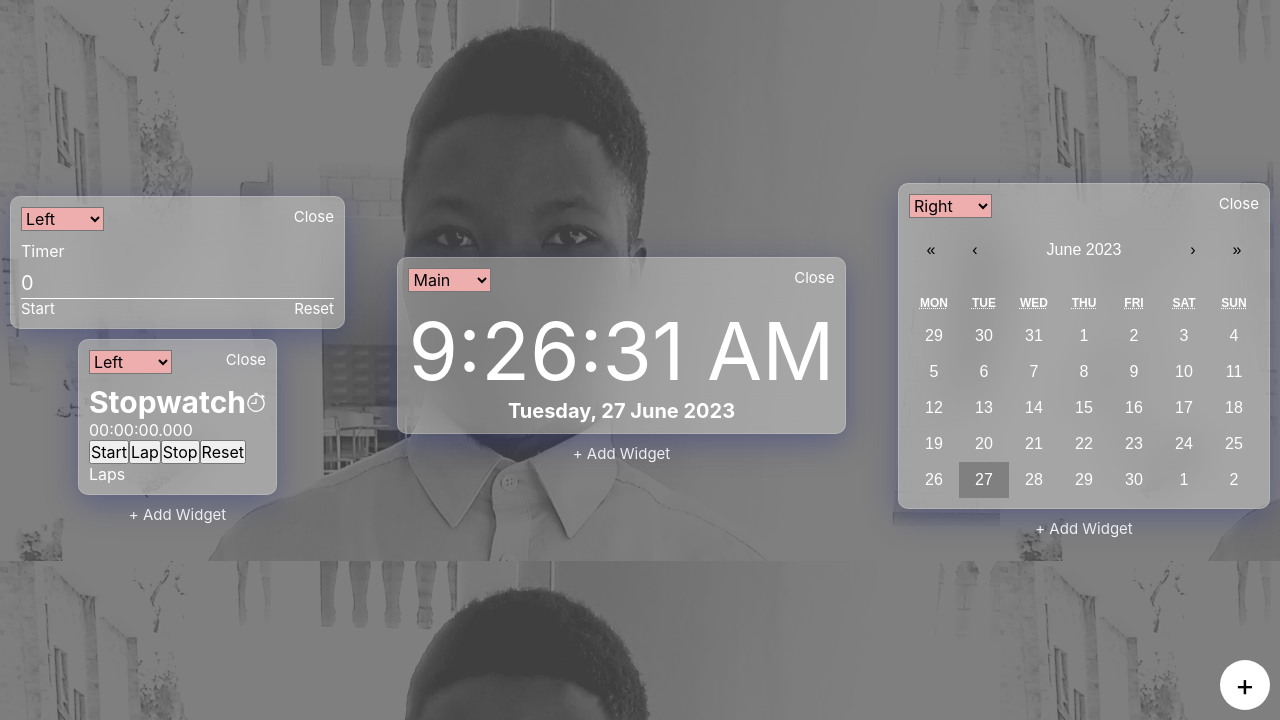
Repository: Angera-Silas/Planner-app
Page: /
These files come from the project's save history. The page is drawn as it stood at one moment and after a run of saves; the edit follows.
The browser window is 1280 px wide. The pictures show the whole page.
The project was rebuilt for these pictures with package versions that can differ from the ones it lists, and the page was loaded fresh each time. Also part of the build but not shown: src/widgets/ReminderListWidget.js, src/modals/WidgetGalleryModal.js.

Above is the page before, as saved 2023-06-27 17:33:33.

### src/index.css
body {
  margin: 0;
  font-family: -apple-system, BlinkMacSystemFont, 'Segoe UI', 'Roboto', 'Oxygen',
    'Ubuntu', 'Cantarell', 'Fira Sans', 'Droid Sans', 'Helvetica Neue',
    sans-serif;
  -webkit-font-smoothing: antialiased;
  -moz-osx-font-smoothing: grayscale;
}

code {
  font-family: source-code-pro, Menlo, Monaco, Consolas, 'Courier New',
    monospace;
}
*,
*::before,
*::after {
 box-sizing: border-box;
}

img,
svg,
video,
canvas,
audio,
iframe,
embed,
object {
 display: block;
 max-width: 100%;
}

input,
button,
textarea,
select {
 font: inherit;
 color: black;
}

* {
 margin: 0;
 padding: 0;
 box-sizing: border-box;
 font: inherit;
 color: white;
}

/* width */
::-webkit-scrollbar {
 width: 10px;
}

/* Track */
::-webkit-scrollbar-track {
 background: #363636;
}

/* Handle */
::-webkit-scrollbar-thumb {
 background: #777;
}

/* Handle on hover */
::-webkit-scrollbar-thumb:hover {
 background: #1e1e1e;
}

### src/App.js
import React, { useState } from 'react';
import './App.css';
import ClockWidget from './widgets/ClockWidget';
import WidgetGalleryModal from './modals/WidgetGalleryModal';
import Draggable from 'react-draggable';
import TimerWidget from './widgets/TimerWidget';
import CalendarWidget from './widgets/CalendarWidget';
import MyCustomWidget from './widgets/MyCustomWidget';

function App() {
 const [widgets, setWidgets] = useState([
  { id: new Date().getTime(), component: <ClockWidget />, area: 'main-widget', name: "Date and Time" },
  { id: new Date().getTime() + 2, component: <CalendarWidget />, area: 'right-widget', name: "Calendar" },
  { id: new Date().getTime() + 1, component: <TimerWidget />, area: 'left-widget', name:"Timer" },
  { id: new Date().getTime(), component: <MyCustomWidget/>,area:'left-widget',name:"Stopwatch"},
 ])
 const [showWidgetModal, setShowWidgetModal] = useState(false)
 const [selectedWidgetArea, setSelectedWidgetArea] = useState('')

 const removeWidget = (index) => {
  try {
   setWidgets(widgets.filter(widget => widget.id !== index))
  } catch (error) {
   console.log(error)
  }
 }

 return (
  <>
   {showWidgetModal && <WidgetGalleryModal setShowWidgetModal={setShowWidgetModal} selectedWidgetArea={selectedWidgetArea} widgets={widgets} setWidgets={setWidgets} />}
   <div className="add-button"
    onClick={() => {
     console.log('add button clicked')
     setShowWidgetModal(true)
     setSelectedWidgetArea('none-widget')
    }}
   >
    <p
     className='add-widget-button'
     style={{ background: "none", border: "none", color: "black", fontSize: "30px", cursor: "pointer", backgroundColor: "white", borderRadius: "50%", width: "50px", display: "flex", justifyContent: "center", alignItems: "center", height: "50px", position: "fixed", bottom: "10px", right: "10px" }}
    >+</p>
   </div>
   <div className='none-widget' >
    {widgets.length > 0 && widgets.map((widget, index) => {
     if (widget.area === 'none-widget') {
      return (
       <Draggable>
            <div style={{ padding: 10,}} className='widget-container' >
             <div style={{ marginBottom: 10 }}>
              <select value={widget.area}
               onChange={(e) => {
                let widgetList = [...widgets]
                widgetList[index].area = e.target.value
                setWidgets(widgetList)
               }}
              >
               <option value="none-widget">Floating</option>
               <option value="left-widget">Left</option>
               <option value="main-widget">Main</option>
               <option value="right-widget">Right</option>
              </select>
              <button
               onClick={() => {
                removeWidget(widget.id)
               }}
               style={{ background: "none", border: "none", color: "white", fontSize: "15px", cursor: "pointer", float: "right" }}
              >Close</button>
             </div>
             {widget.component}
            </div>
       </Draggable>
      )
     }
    })}
   </div>
   <div className="App">
    <div className="container">
     <div className='left-widget'>
      {widgets.length > 0 && widgets.map((widget, index) => {
       if (widget.area === 'left-widget') {
        return (
         <div style={{ padding: 10,}} className='widget-container'>
          <div style={{ marginBottom: 10 }}>
           <select value={widget.area}
            onChange={(e) => {
             let widgetList = [...widgets]
             widgetList[index].area = e.target.value
             setWidgets(widgetList)
            }}
           >
            <option value="none-widget">Floating</option>
            <option value="left-widget">Left</option>
            <option value="main-widget">Main</option>
            <option value="right-widget">Right</option>
           </select>
           <button
            onClick={() => {
             removeWidget(widget.id)
            }}
            style={{ background: "none", border: "none", color: "white", fontSize: "15px", cursor: "pointer", float: "right" }}
           >Close</button>
          </div>
          {widget.component}
         </div>
        )
       }
      })}
      {widgets.filter(widget => widget.area === 'left-widget').length < 3 && widgets.filter(widget => widget.area === 'left-widget').length > 0 &&
       <button
        className='add-widget-button'
        onClick={() => {
         setShowWidgetModal(true)
         setSelectedWidgetArea('left-widget')
        }}>+ Add Widget</button>
      }
     </div>
     <div className='main-widget'>
      {widgets.length > 0 && widgets.map((widget, index) => {
       if (widget.area === 'main-widget') {
        return (
         <div style={{ padding: 10,}} className='widget-container' >
          <div style={{ marginBottom: 10 }}>
           <select value={widget.area}
            onChange={(e) => {
             let widgetList = [...widgets]
             widgetList[index].area = e.target.value
             setWidgets(widgetList)
            }}
           >
            <option value="none-widget">Floating</option>
            <option value="left-widget">Left</option>
            <option value="main-widget">Main</option>
            <option value="right-widget">Right</option>
           </select>
           <button
            onClick={() => {
             removeWidget(widget.id)
            }}
            style={{ background: "none", border: "none", color: "white", fontSize: "15px", cursor: "pointer", float: "right" }}
           >Close</button>
          </div>
          {widget.component}
         </div>
        )
       }
      })}
      {widgets.filter(widget => widget.area === 'main-widget').length < 2 &&
       <button
        className='add-widget-button'
        onClick={() => {
         setShowWidgetModal(true)
         setSelectedWidgetArea('main-widget')
        }}>+ Add Widget</button>
      }
     </div>
     <div className='right-widget'>
      {widgets.length > 0 && widgets.map((widget, index) => {
       if (widget.area === 'right-widget') {
        return (
         <div style={{ padding: 10,}} className='widget-container'>
          <div style={{ marginBottom: 10 }}>
           <select value={widget.area}
            onChange={(e) => {
             let widgetList = [...widgets]
             widgetList[index].area = e.target.value
             setWidgets(widgetList)
            }}
           >
            <option value="none-widget">Floating</option>
            <option value="left-widget">Left</option>
            <option value="main-widget">Main</option>
            <option value="right-widget">Right</option>
           </select>
           <button
            onClick={() => {
             removeWidget(widget.id)
            }}
            style={{ background: "none", border: "none", color: "white", fontSize: "15px", cursor: "pointer", float: "right" }}
           >Close</button>
          </div>
          {widget.component}
         </div>
        )
       }
      })}
      {widgets.filter(widget => widget.area === 'right-widget').length < 3 && widgets.filter(widget => widget.area === 'right-widget').length > 0 &&
       <button
        className='add-widget-button'
        onClick={() => {
         setShowWidgetModal(true)
         setSelectedWidgetArea('right-widget')
        }}>+ Add Widget</button>
      }
     </div>
    </div>
   </div>
  </>
 )
}

export default App;

### src/App.css
.App {
  background: url("background.jpg");
  height: 100vh;
  display: flex;
  justify-content: flex-start;
  align-items: center;

}

.container {
  display: flex;
  flex-direction: row;
  align-items: flex-start;
  justify-content: space-between;
  gap: 10px;
  width: 100vw;
  padding: 10px;
  max-height: 100vh;
  height: 100%;

}

.item {
  background-color: rgba(255, 255, 255, 0.8);
  border: 1px solid rgba(0, 0, 0);
  padding: 20px;
  font-size: 30px;
  text-align: center;
}

.time {
  font-size: 80px;
  color: white;
  text-align: center;
}

.date {
  font-size: 20px;
  color: white;
  text-align: center;
  font-weight: bold;
}

.add-widget-button {
  background-color: transparent;
  color: white;
  border: none;
  font-size: 15px;
  text-align: center;
  cursor: pointer;
}

.add-widget-button:hover {
  color: #1e1e1e;
}

.right-widget,
.left-widget,
.main-widget {
  display: flex;
  justify-content: center;
  align-items: center;
  flex-direction: column;
  gap: 10px;
  height: 100%;
  max-width: 500px;
}

.none-widget {
  position: fixed;
  /* height: 100vh;
  width: 100vw; */
  top: 0px;
  left: 0px;
}

select {
 background-color: #efaeae;
}

/* Modal */
.modal {
  position: fixed;
  z-index: 1;
  padding-top: 100px;
  left: 0;
  top: 0;
  width: 100vw;
  height: 100vh;
  overflow: auto;
  background-color: rgb(0, 0, 0, 0.4);
}

.modal-content {
  background-color: #183A37;
  margin: auto;
  padding: 20px;
  width: 50%;
  max-height: 50vh;
  overflow: scroll;
}

.modal-header {
  display: flex;
  justify-content: space-between;
  align-items: flex-start;
}

.modal-header h2 {
  color: white;
  font-weight: bold;
  font-size: 25px;
}

.row {
  display: flex;
  justify-content: space-between;
  align-items: center;
  gap: 10px;
}

.widget-gallery-item {
  color: black;
  border: 1px solid white;
  padding: 10px;
  margin-bottom: 10px;
}

.text-input {
  outline: none;
  border: none;
  border-bottom: 1px solid white;
  width: 100%;
  background-color: transparent;
  color: white;
  font-size: 20px;
  margin-top: 10px;
  padding-bottom: 3px;
}

.widget-container {
  background: rgba(255, 255, 255, 0.3);
  box-shadow: 0 8px 32px 0 rgba(31, 38, 135, 0.37);
  backdrop-filter: blur(20px);
  -webkit-backdrop-filter: blur(20px);
  border-radius: 10px;
  border: 1px solid rgba(255, 255, 255, 0.18);

}

.widget-gallery-item-name{
  font-size: 20px;
  font-weight: bold;
  margin-bottom: 10px;
}

### src/widgets/ClockWidget.js
import React, { useEffect, useState } from 'react'

export default function ClockWidget() {
  const [time, setTime] = useState(new Date().toLocaleTimeString())
  const [date, setDate] = useState(new Date())
  useEffect(() => {
    const interval = setInterval(() => {
      setTime(new Date().toLocaleTimeString())
      setDate(new Date())
    }, 1000)
    return () => clearInterval(interval)
  }, [])

  const tidyDate = (date) => {
    const dateArray = date
    const day = dateArray.getDay()
    const dateNumber = dateArray.getDate()
    const month = dateArray.getMonth() + 1
    const year = dateArray.getFullYear()

    const days = ['Sunday', 'Monday', 'Tuesday', 'Wednesday', 'Thursday', 'Friday', 'Saturday']
    const months = ['January', 'February', 'March', 'April', 'May', 'June', 'July', 'August', 'September', 'October', 'November', 'December']

    return `${days[day]}, ${dateNumber} ${months[month - 1]} ${year}`

  }

  return (
    <div>
      <p className='time'>{time}</p>
      <p className='date'>{tidyDate(date)}</p>
    </div>
  )
}

### src/widgets/TimerWidget.js
import React, { useEffect, useState } from 'react'

export default function TimerWidget() {
  const [timerListData, setTimerListData] = useState({
    time: 0,
    isRunning: false,
  })

  const tidyTime = (time) => {
    let hours = Math.floor(time / 3600)
    let minutes = Math.floor((time - (hours * 3600)) / 60)
    let seconds = time - (hours * 3600) - (minutes * 60)

    if (hours < 10) { hours = "0" + hours }
    if (minutes < 10) { minutes = "0" + minutes }
    if (seconds < 10) { seconds = "0" + seconds }

    return hours + ':' + minutes + ':' + seconds
  }

  useEffect(() => {
    // timer logic
    let interval = null
    if (timerListData.isRunning && timerListData.time > 0) {
      interval = setInterval(() => {
        setTimerListData({
          ...timerListData,
          time: parseInt(timerListData.time) - 1,
        })
      }, 1000)
    } else if (!timerListData.isRunning && timerListData.time !== 0) {
      setTimerListData({
        ...timerListData,
        isRunning: false,
      })
      clearInterval(interval)
    } else if (timerListData.isRunning && timerListData.time === 0) {
      setTimerListData({
        ...timerListData,
        isRunning: false,
      })
      clearInterval(interval)
      alert('Timer is up!')
    }

      return () => clearInterval(interval)
  }, [timerListData.isRunning, timerListData.time])

  return (
    <div style={{ minWidth: 300 }}>
      <div style={{ display: "flex", justifyContent: "space-between", alignItems: "row" }}>
        <p>Timer</p>
      </div>
      <div className='timer-container'>
        <div className='timer-display'>
          {timerListData.isRunning ?
            <p style={{ textAlign: "center", fontWeight: "bold", fontSize: 20 }}>{tidyTime(timerListData.time)}</p>
            :
            <input type="text" className='text-input' value={timerListData.time} onChange={(e) => {
              setTimerListData({
                ...timerListData,
                time: e.target.value,
              })
            }} />
          }
        </div>
        <div className='timer-controls' style={{ display: "flex", justifyContent: "space-between", alignItems: "center", }}>
          <button
            style={{
              background: "none",
              border: "none",
              color: "white",
              fontSize: "15px",
              cursor: "pointer",
            }}
            onClick={() => {
              setTimerListData({
                ...timerListData,
                isRunning: !timerListData.isRunning,
              })
            }}
          >{timerListData.isRunning ? 'Stop' : 'Start'}</button>
          <button
            style={{
              background: "none",
              border: "none",
              color: "white",
              fontSize: "15px",
              cursor: "pointer",
            }}
            onClick={() => {
              setTimerListData({
                ...timerListData,
                time: 0,
              })
            }}
          >Reset</button>
        </div>
      </div>
    </div>
  )
}

### src/widgets/MyCustomWidget.js
import React, { useEffect, useState } from 'react';
import { BsStopwatch } from 'react-icons/bs'

export default function MyCustomWidget() {
   const [stopwatchData, setStopwatchData] = useState([
  { id: 0, name: "Timer 1", time: 0, isRunning: false, lap: [], time_started: 0, pause: [] },
 ])
 const [selectedRow, setSelectedRow] = useState(0)

 useEffect(() => {
  const interval = setInterval(() => {
   setStopwatchData(stopwatchData.map((stopwatch) => {
    if (stopwatch.isRunning) {
     return { ...stopwatch, time: new Date() - stopwatch.time_started - stopwatch.pause.reduce((a, b) => a + b, 0) }
    }
    return stopwatch
   }))
  }, 10)
  return () => clearInterval(interval)
 }, [stopwatchData])
 const handleStart = (id) => {
  setStopwatchData(stopwatchData.map((stopwatch) => {
   if (stopwatch.id === id) {
    return { ...stopwatch, isRunning: true, time_started: new Date() - stopwatch.time - stopwatch.pause.reduce((a, b) => a + b, 0) }
   }
   return stopwatch
  }))
 }

 const handleStop = (id) => {
  setStopwatchData(stopwatchData.map((stopwatch) => {
   if (stopwatch.id === id) {
    return { ...stopwatch, isRunning: false, pause: [...stopwatch.pause, new Date() - stopwatch.time_started - stopwatch.pause.reduce((a, b) => a + b, 0)] }
   }
   return stopwatch
  }))
 }

 const handleReset = (id) => {
  setStopwatchData(stopwatchData.map((stopwatch) => {
   if (stopwatch.id === id) {
    return { ...stopwatch, time: 0, isRunning: false, lap: [] }
   }
   return stopwatch
  }))
 }

 const handleLap = (id) => {
  setStopwatchData(stopwatchData.map((stopwatch) => {
   if (stopwatch.id === id) {
    return { ...stopwatch, lap: [...stopwatch.lap, stopwatch.time] }
   }
   return stopwatch
  }))
 }
  return (
    <div>
       <div style={{ display: "flex", alignItems: "center", flexDirection: "row", justifyContent: "space-between", width: "100%" }}>
      <div style={{ textAlign: "left" }}>
       <h1 style={{ fontWeight: "bold", fontSize: 30 }}>Stopwatch</h1>
      </div>
      <div style={{ cursor: "pointer", alignItems: "center", display: "flex", flexDirection: "row", gap: 10 }} onClick={() => setStopwatchData([...stopwatchData, { id: stopwatchData.length, name: `Timer ${stopwatchData.length + 1}`, time: 0, isRunning: false, lap: [], pause: [] }])}>
       <BsStopwatch size={20} color={"white"} />
      </div>
     </div>

     <p className='main-time-label'>{stopwatchData[selectedRow]?.time > 0 ? new Date(stopwatchData[selectedRow]?.time).toISOString().slice(11, -1) : "00:00:00.000"}</p>
     <div className="main-button-controls">
      <button className={"control-buttons"} onClick={() => handleStart(stopwatchData[selectedRow].id)}>Start</button>
      <button className={"control-buttons"} onClick={() => handleLap(stopwatchData[selectedRow].id)}>Lap</button>
      <button className={"control-buttons"} onClick={() => handleStop(stopwatchData[selectedRow].id)}>Stop</button>
      <button className={"control-buttons"} onClick={() => handleReset(stopwatchData[selectedRow].id)}>Reset</button>
     </div>
     <p className='lap-label'>Laps</p>
     <div className='lap-container'>
      {stopwatchData[selectedRow]?.lap.length > 0 && stopwatchData[selectedRow]?.lap.map((lap, index) => (
       <div style={{ display: "flex", justifyContent: "space-between", width: "500px" }}>
        <p>Lap {index + 1}</p>
        <p className='lap-time-label' key={index}>{new Date(lap).toISOString().slice(11, -1)}</p>
       </div>
      ))}
     </div>
    </div>
  )
}

### src/styles/styles.css
.react-calendar {
  width: 350px;
  max-width: 100%;
  background: transparent;
  font-family: Arial, Helvetica, sans-serif;
  line-height: 1.125em;
}

.react-calendar--doubleView {
  width: 700px;
}

.react-calendar--doubleView .react-calendar__viewContainer {
  display: flex;
  margin: -0.5em;
}

.react-calendar--doubleView .react-calendar__viewContainer > * {
  width: 50%;
  margin: 0.5em;
}

.react-calendar,
.react-calendar *,
.react-calendar *:before,
.react-calendar *:after {
  -moz-box-sizing: border-box;
  -webkit-box-sizing: border-box;
  box-sizing: border-box;
}

.react-calendar button {
  margin: 0;
  border: 0;
  outline: none;
}

.react-calendar button:enabled:hover {
  cursor: pointer;
}

.react-calendar__navigation {
  display: flex;
  height: 44px;
  margin-bottom: 1em;
}

.react-calendar__navigation button {
  min-width: 44px;
  background: none;
}

.react-calendar__navigation button:disabled {
  background-color: #f0f0f0;
}

.react-calendar__navigation button:enabled:hover,
.react-calendar__navigation button:enabled:focus {
  background-color: #e6e6e6;
}

.react-calendar__month-view__weekdays {
  text-align: center;
  text-transform: uppercase;
  font-weight: bold;
  font-size: 0.75em;
}

.react-calendar__month-view__weekdays__weekday {
  padding: 0.5em;
}

.react-calendar__month-view__weekNumbers .react-calendar__tile {
  display: flex;
  align-items: center;
  justify-content: center;
  font-size: 0.75em;
  font-weight: bold;
}

.react-calendar__month-view__days__day--weekend {
  color: #d10000;
}

.react-calendar__month-view__days__day--neighboringMonth {
  color: #757575;
}

.react-calendar__year-view .react-calendar__tile,
.react-calendar__decade-view .react-calendar__tile,
.react-calendar__century-view .react-calendar__tile {
  padding: 2em 0.5em;
}

.react-calendar__tile {
  max-width: 100%;
  padding: 10px 6.6667px;
  background: none;
  text-align: center;
  line-height: 16px;
}

.react-calendar__tile:disabled {
  background-color: #f0f0f0;
}

.react-calendar__tile:enabled:hover,
.react-calendar__tile:enabled:focus {
  background-color: #e6e6e6;
}

.react-calendar__tile--now {
  background: gray;
}

.react-calendar__tile--now:enabled:hover,
.react-calendar__tile--now:enabled:focus {
  background: gray;
}

.react-calendar__tile--hasActive {
  background: #76baff;
}

.react-calendar__tile--hasActive:enabled:hover,
.react-calendar__tile--hasActive:enabled:focus {
  background: #a9d4ff;
}

.react-calendar__tile--active {
  background: #006edc;
  color: white;
}

.react-calendar__tile--active:enabled:hover,
.react-calendar__tile--active:enabled:focus {
  background: #1087ff;
}

.react-calendar--selectRange .react-calendar__tile--hover {
  background-color: #e6e6e6;
}

Loaded but not shown: public/index.html (common file); src/index.js (common file); src/reportWebVitals.js (common file); src/widgets/CalendarWidget.js (common file)

After the next 2 saves:
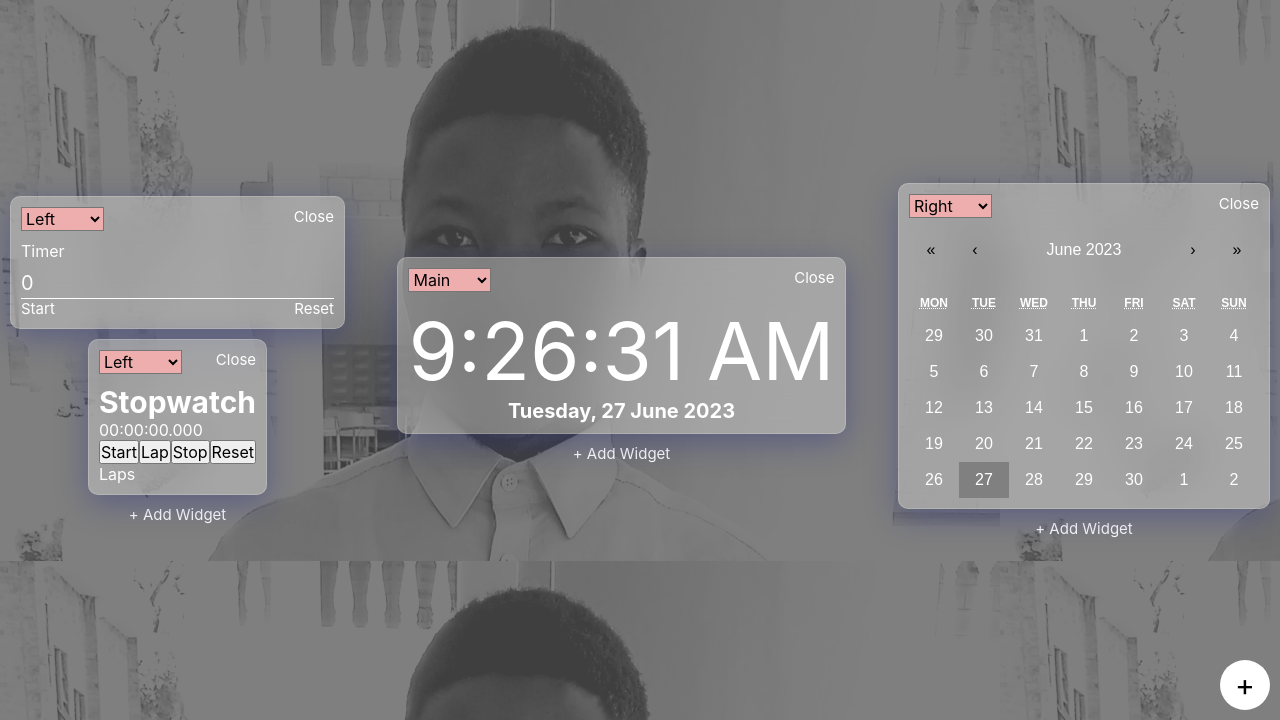
The 2 saves are shown as one change because they came seconds apart.
The last was saved 42 s later.
--- a/src/widgets/MyCustomWidget.js
+++ b/src/widgets/MyCustomWidget.js
@@ -59,9 +59,6 @@ export default function MyCustomWidget() {
       <div style={{ textAlign: "left" }}>
        <h1 style={{ fontWeight: "bold", fontSize: 30 }}>Stopwatch</h1>
       </div>
-      <div style={{ cursor: "pointer", alignItems: "center", display: "flex", flexDirection: "row", gap: 10 }} onClick={() => setStopwatchData([...stopwatchData, { id: stopwatchData.length, name: `Timer ${stopwatchData.length + 1}`, time: 0, isRunning: false, lap: [], pause: [] }])}>
-       <BsStopwatch size={20} color={"white"} />
-      </div>
      </div>
 
      <p className='main-time-label'>{stopwatchData[selectedRow]?.time > 0 ? new Date(stopwatchData[selectedRow]?.time).toISOString().slice(11, -1) : "00:00:00.000"}</p>
